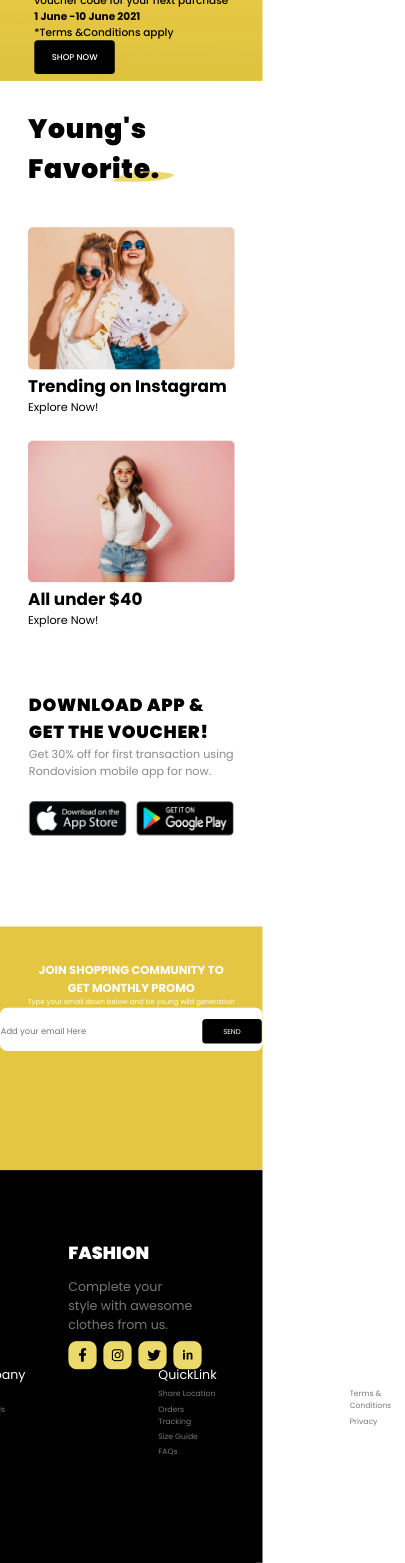
Repository: isaacCodes1/FashionWebsite
Page: index.html
The author's editor kept a copy of each file at every save. The page is drawn from the files as they stood at one save, then again after the next save.
The browser window is 375 px wide. The page is 579 px wide, so the pictures cover 579 px, including what lies to the right of the window. The pictures show the part of the page from y = 3291 to 5531 px (the page is 5524 px tall before and 5531 px after), at 70% of full size.

Above is the page before, as saved 2024-03-18 12:05:10.

### index.html
<!DOCTYPE html>
<html lang="en">
  <head>
    <meta charset="UTF-8" />
    <meta name="viewport" content="width=device-width, initial-scale=1.0" />
    <title>Shopping Site Assignment</title>
    <link rel="stylesheet" href="style.css" />
    <link rel="stylesheet" href="/Media Query.css">
  </head>
  <body>
    <header>
      <nav>
        <!--------- NavItems ------->
        <div class="image">
          <a href="#"><img src="/Assets/Vector (3).png" />FASHION</a>
        </div>
        <div class="navItems">
          <ul>
            <li><a href="#">CATALOGUE</a></li>
            <li><a href="#">FASHION</a></li>
            <li><a href="#">FAVORITE</a></li>
            <li><a href="#">LIFESTYLE</a></li>
          </ul>
          <button>SIGN UP</button>
        </div>
      </nav>
    </header>
    <main>
      <!------- FirstPage ------>
      <section class="firstPageCont">
        <div class="FirstPage">
          <div class="txtCont">
            <h1>
              <span class="spn1">LET'S <br /></span>EXPLORE <br />
              <span class="spn2">UNIQUE <br /></span>CLOTHES.
            </h1>
            <p>Live for Influential and Innovative fashion!</p>
            <div class="txtBtn">
              <img src="/Assets/Vector 9.png" alt="" />
              <button class="btns">Shop Now</button>
            </div>
          </div>
          <div class="imgCont">
            <div class="star1"><img src="/Assets/Star 11.png" alt="" /></div>
            <div class="star2"><img src="/Assets/Star 11.png" alt="" /></div>
            <div class="star3"><img src="/Assets/Star 11.png" alt="" /></div>
            <div class="star4"><img src="/Assets/Star 11.png" alt="" /></div>
            <img src="/Assets/girl.png" alt="" />
          </div>
        </div>
      </section>
      <!------ Logos ------->
      <section class="firstPageFooter">
        <div class="logoCont">
          <img src="/Assets/HM.png" alt="" />
          <img src="/Assets/Obey.png" alt="" />
          <img src="/Assets/Shopify.png" alt="" />
          <img src="/Assets/Lacoste.png" alt="" />
          <img src="/Assets/Levis.png" alt="" />
          <img src="/Assets/Amazon.png" alt="" />
        </div>
      </section>
      <section class="nextPageCont">
        <div class="nextPageText">
          <h1>NEW ARRIVALS</h1>
          <img src="/Assets/Vector 9.png" alt="" />
        </div>
        <div class="prettyImages">
          <div class="Images">
            <div class="prettyImg">
              <img src="/Assets/image1.png" alt="" />
            </div>
            <div class="prettyText">
              <div class="txtIcon">
                <h1>Hoodies & Sweatshirt</h1>
                <p>Explore Now!</p>
              </div>
              <div class="icons"></div>
            </div>
          </div>
          <div class="Images">
            <div class="prettyImg">
              <img src="/Assets/image2.png" alt="" />
            </div>
            <div class="prettyText">
              <div class="txtIcon">
                <h1>Coats & Parkas</h1>
                <p>Explore Now!</p>
              </div>
              <div class="icons"></div>
            </div>
          </div>
          <div class="Images">
            <div class="prettyImg">
              <img src="/Assets/image3.png" alt="" />
            </div>
            <div class="prettyText">
              <div class="txtIcon">
                <h1>Tees & T-Shirt</h1>
                <p>Explore Now!</p>
              </div>
              <div class="icons"></div>
            </div>
          </div>
        </div>
      </section>
      <section class="payDay">
        <div class="genDiv">
          <div class="yellowImg">
            <img src="/Assets/image 12.png" alt="" />
          </div>
          <div class="yellowTxt">
            <h1><span class="spn3">PAYDAY</span>SALE NOW</h1>
            <p>
              Spend minimal $100 get 30% off <br />voucher code for your next
              purchase
            </p>
            <p><strong>1 June -10 June 2021</strong></p>
            <p class="para">*Terms &Conditions apply</p>
            <button class="btn">SHOP NOW</button>
          </div>
        </div>
      </section>
      <!--------   Images   ------->
      <section class="nextPageCont">
        <div class="nextPageText">
          <h1>Young's Favorite.</h1>
          <img class="vector" src="/Assets/Vector 9.png" alt="" />
        </div>
        <div class="prettyImages">
          <div class="Images">
            <div class="prettyImg">
              <img src="/Assets/Girls.png" alt="" />
            </div>
            <div class="prettyText">
              <div class="txtIcon">
                <h1>Trending on Instagram</h1>
                <p>Explore Now!</p>
              </div>
              <div class="icons"></div>
            </div>
          </div>

          <div class="Images">
            <div class="prettyImg">
              <img src="/Assets/Rectangle 49.png" alt="" />
            </div>
            <div class="prettyText">
              <div class="txtIcon">
                <h1>All under $40</h1>
                <p>Explore Now!</p>
              </div>
              <div class="icons"></div>
            </div>
          </div>
        </div>
      </section>
      <!---- Apps----->
      <section class="nextPageCont2">
        <div class="nextPageText2">
          <h1>DOWNLOAD APP & <br />GET THE VOUCHER!</h1>
          <p>
            Get 30% off for first transaction using <br />Rondovision mobile app
            for now.
          </p>
          <div class="store">
            <a href="https://www.apple.com/store"
              ><img src="/Assets/Apple Store.png" alt=""
            /></a>
            <a href="https://play.google.com/store/games?hl=en&gl=US&pli=1"
              ><img src="/Assets/Google Play.png" alt=""
            /></a>
          </div>
        </div>
        <div class="Images2">
          <div class="prettyImg2">
            <img src="/Assets/Mobile app.png" alt="" />
            <div class="circle1"><img src="/Assets/circle.png" alt="" /></div>
            <div class="circley"><img src="/Assets/circle y.png" alt="" /></div>
            <div class="circleye">
              <img src="/Assets/circle y.png" alt="" />
            </div>
            <div class="circle2"><img src="/Assets/circle.png" alt="" /></div>
            <div class="bigC"><img src="/Assets/back1.png" alt="" /></div>
            <div class="largeC">
              <img src="/Assets/lagrescircle.png" alt="" />
            </div>
            <div class="largeC1">
              <img src="/Assets/lagrescircle.png" alt="" />
            </div>
          </div>
        </div>
        <div class="icons"></div>
      </section>
      <!------ Footer ------>
      <section class="footer">
        <div class="footerDiv">
          <div class="h1footer">
            <h1>
              JOIN SHOPPING COMMUNITY TO <br />
              GET MONTHLY PROMO
            </h1>
          </div>
          <div class="pFooter">
            <p>Type your email down below and be young wild generation</p>
            <div class="input">
              <input
                class="input"
                type="text"
                placeholder="Add your email Here"
              />
              <a href="https://mail.google.com/mail/u/0/#inbox">SEND</a>
            </div>
          </div>
        </div>
      </section>
      <section class="foot">
        <div class="footDiv">
          <div class="footTxt">
            <h1>FASHION</h1>
            <p>
              Complete your style with awesome <br />
              clothes from us.
            </p>
            <div class="socialIcons">
              <div class="icon">
                <a
                  href="https://www.facebook.com/profile.php?id=61551880766580"
                >
                  <img src="/Assets/Facebook.png" alt=""
                /></a>
              </div>
              <div class="icon">
                <a href="https://www.instagram.com/"
                  ><img src="/Assets/Instagram.png" alt=""
                /></a>
              </div>
              <div class="icon">
                <a href="#"><img src="/Assets/Twitter.png" alt="" /></a>
              </div>
              <div class="icon">
                <a href="#"><img src="/Assets/Linkedn.png" alt="" /></a>
              </div>
            </div>
          </div>

          <div class="socialIcons">
            <div class="links">
              <div class="links1"><a href="">Company</a></div>
              <div class="links2"><a href="">About</a></div>
              <div class="links2"><a href="">Contact Us</a></div>
              <div class="links2"><a href="">Support</a></div>
              <div class="links2"><a href="">Careers</a></div>
            </div>
            <div class="links">
              <div class="links1"><a href="">QuickLink</a></div>
              <div class="links2"><a href="">Share Location</a></div>
              <div class="links2"><a href="">Orders Tracking</a></div>
              <div class="links2"><a href="">Size Guide</a></div>
              <div class="links2"><a href="">FAQs</a></div>
            </div>
            <div class="links">
              <div class="links1"><a href="">Legal</a></div>
              <div class="links2"><a href="">Terms & Conditions</a></div>
              <div class="links2"><a href="">Privacy</a></div>
            </div>
          </div>
        </div>
      </section>
    </main>
  </body>
</html>

### style.css
@import url("https://fonts.googleapis.com/css2?family=Poppins:ital,wght@0,100;0,200;0,300;0,400;0,500;0,600;0,700;0,800;0,900;1,100;1,200;1,300;1,400;1,500;1,600;1,700;1,800;1,900&display=swap");
* {
  margin: 0;
  padding: 0;
  box-sizing: border-box;
  font-family: "Poppins", sans-serif;
}
nav {
  display: flex;
  align-items: center;
  justify-content: space-between;
  width: 100%;
  padding: 20px 40px;
}
.image a {
  display: flex;
  align-items: center;
  gap: 6px;
  text-decoration: none;
  color: #000;
  font-size: 16px;
  font-weight: 900;
}
.image a img {
  width: 16%;
}
.navItems {
  display: flex;
  gap: 30px;
  align-items: center;
}
.navItems ul {
  display: flex;
  gap: 30px;
  list-style: none;
}
.navItems ul li a {
  text-decoration: none;
  color: #000;
  font-size: 16px;
  font-weight: 500;
}
.navItems ul li:hover {
  transform: scale(1.05);
  transition: 1s ease-in-out;
}
.navItems button {
  border: 0;
  background: #000;
  padding: 10px 20px;
  color: #fff;
  border-radius: 5px;
  font-size: 13px;
}
.navItems button:hover {
  transform: scale(1.05);
  transition: 1s ease-in-out;
  color: #000;
  background: rgb(137, 136, 136);
}
/* firstPageCtn */
.firstPageCont {
  padding: 20px 40px;
}
.FirstPage {
  display: flex;
  flex: 1;
  width: 100%;
  height: 90vh;
  padding: 40px 10px 0px 10px;
  border-radius: 30px;
  background: #f4f6f5;
}
.txtCont {
  display: flex;
  flex: 0.5;
  flex-direction: column;
  gap: 10px;
  padding-left: 40px;
}

.txtCont h1 {
  font-size: 64px;
  font-weight: 900;
  width: 50%;
  line-height: 75px;
}

.txtCont p {
  font-size: 20px;
}
.txtBtn {
  display: flex;
  align-items: center;
  width: 80%;
  margin-top: 10px;
  gap: 10px;
}
.btns {
  border: 0;
  background: #000;
  padding: 10px 20px;
  color: #fff;
  border-radius: 5px;
  font-size: 19px;
}
.btns:hover {
  transform: scale(1.05);
  transition: 1s ease-in-out;
  color: #000;
  background: rgb(137, 136, 136);
}
.txtBtn img {
  width: 100px;
}
.imgCont {
  flex: 0.5;
  display: flex;
  position: relative;
}
.star1 {
  position: absolute;
  top: 5px;
  left: 10px;
}
.star1 img {
  width: 30px;
}
.star2 {
  position: absolute;
  top: 20px;
  left: 450px;
}
.star2 img {
  width: 30px;
}
.star3 {
  position: absolute;
  bottom: 10px;
  left: 70px;
}
.star3 img {
  width: 30px;
}
.star4 {
  position: absolute;
  bottom: 20px;
  left: 400px;
}
.star4 img {
  width: 30px;
}
.spn1 {
  display: flex;
  align-items: center;
  background-image: url(/Assets/rectangle1.png);
  background-size: cover;
  background-repeat: no-repeat;
  width: 100%;
  padding-left: 20px;
}
.spn2 {
  background-image: url(/Assets/Rectangle2.png);
  background-size: cover;
  background-repeat: no-repeat;
  padding-right: 50px;
  padding-left: 20px;
}
/* next Page */
.firstPageFooter {
  background: #ebd96b;
  padding: 20px 30px;
  display: flex;
  align-items: center;
  justify-content: center;
}
.logoCont {
  display: flex;
  justify-content: center;
  gap: 50px;
}
.logoCont img {
  width: 7%;
}
.nextPageCont {
  margin-top: 20px;
  padding: 20px 40px;
  display: flex;
  flex-direction: column;
  gap: 55px;
  margin-bottom: 50px;
}
.nextPageText {
  position: relative;
}
.nextPageText h1 {
  font-size: 38px;
  letter-spacing: 1px;
  font-weight: 900;
}
.nextPageText img {
  position: absolute;
  bottom: 5px;
  left: 200px;
  width: 10%;
  z-index: -1;
}
.prettyImages {
  display: flex;
  gap: 35px;
}

.prettyImg img {
  width: 100%;
}
.payDay {
  background: linear-gradient(
    1.32deg,
    #e0c340 0.13%,
    #dfc23e 3.97%,
    #e1c441 7.2%,
    #e3c743 10.13%,
    #e4c542 12.98%,
    #e6c744 15.99%,
    #e7c845 19.52%,
    #e5c643 23.96%,
    #e6c945 30.43%,
    #e3c743 36.49%,
    #e9ca48 42.49%,
    #edce49 49.35%,
    #f0d44c 55.42%,
    #f4d84f 61.43%,
    #f6da52 65.74%,
    #f7db53 72.23%,
    #f9dd55 77.43%,
    #f9df56 83.84%,
    #fae157 91.52%,
    #f9df56 97.87%
  );
}
.yellowTxt {
  flex-direction: column;
  margin-bottom: 10px;
}
.yellowTxt h1 {
  font-size: 65px;
  font-weight: 900;
}
.yellowTxt p {
  font-size: 22px;
  font-weight: 500;
}

.yellowImg img {
  flex: 0.5;
  display: flex;
  width: 600px;
  position: relative;
}

.genDiv {
  display: flex;
  align-items: center;
}
.btn {
  border: 0;
  background: #000;
  padding: 15px 25px;
  color: #fff;
  border-radius: 5px;
  font-size: 18px;
  font-weight: 500;
}
.btn:hover {
  transform: scale(1.05);
  transition: 1s ease-in-out;
  color: #000;
  background: rgb(137, 136, 136);
}
.spn3 {
  display: flex;
  background-image: url(/Assets/rectangle1.png);
  background-size: cover;
  background-repeat: no-repeat;
  width: 300px;
}
.nxtSect {
  margin-top: 20px;
  padding: 20px 40px;
  display: flex;
  flex-direction: column;
  gap: 50px;
  margin-bottom: 50px;
}
.nxtSectText {
  position: relative;
}
.nxtSectText h1 {
  font-size: 38px;
  letter-spacing: 1px;
  font-weight: 900;
}
.nxtSectText img {
  position: absolute;
  bottom: 6px;
  left: 250px;
  width: 10%;
  z-index: -1;
}
.assetText {
  display: flex;
  flex-direction: column;
}

/* storeSection */
.nextPageCont1 {
  margin-top: 20px;
  padding: 20px 40px;
  display: flex;
  flex-direction: column;
  gap: 50px;
  margin-bottom: 50px;
}
.nextPageText1 {
  position: relative;
  margin-left: 70px;
}
.nextPageText1 h1 {
  font-size: 38px;
  letter-spacing: 1px;
  font-weight: 900;
}
.prettyImages1 {
  display: flex;
  gap: 35px;
}
.prettyImg1 img {
  width: 40%;
  cursor: pointer;
}
.Images2 {
  display: flex;
}
.prettyImg2 {
  position: relative;
}
.prettyImg2 img {
  width: 70;
  height: 500px;
  margin-left: 70px;
}
.nextPageCont2 {
  margin-top: 20px;
  padding: 20px 40px;
  display: flex;
  gap: 50px;
  margin-bottom: 50px;
  display: flex;
  justify-content: space-between;
  align-items: center;
}
.nextPageText2 {
  display: flex;
  flex-direction: column;
  margin-left: 50px;
}
.nextPageText2 p {
  margin-bottom: 30px;
  color: #898a89;
}
.nextPageText2 h1 {
  font-size: 30px;
  letter-spacing: 1px;
  font-weight: 900;
}
.nextPageText2 img {
  width: 30%;
  cursor: pointer;
  display: flex;
}
.store {
  display: flex;
  justify-content: space-between;

}
.store a img{
   width: 140px;
   gap: 50px;
}
.circle1 {
  position: absolute;
  right: 350px;
  bottom: 500px;
}
.circle1 img {
  width: 15px;
  height: 15px;
  display: flex;
}
.circley {
  position: absolute;
  right: 0;
  bottom: 470px;
}
.circley img {
  width: 30px;
  height: 30px;
}
.circleye {
  position: absolute;
  right: 400px;
  bottom: 60px;
}
.circleye img {
  width: 17px;
  height: 17px;
}
.circle2 {
  position: absolute;
  right: 0;
  bottom: 100px;
}
.circle2 img {
  width: 10px;
  height: 10px;
}
.elipses {
  position: absolute;
}
.bigC {
  position: absolute;
  right: -12px;
  bottom: 100px;
  z-index: -1;
}
.bigC img {
  width: 300px;
  height: 300px;
  background: transparent;
}

.largeC {
  position: absolute;
  right: -41px;
  bottom: 70px;
  z-index: -1;
}
.largeC img {
  width: 360px;
  height: 360px;
  /* background: transparent; */
}
.largeC1 {
  position: absolute;
  right: -70px;
  bottom: 50px;
  z-index: -1;
}
.largeC1 img {
  width: 420px;
  height: 400px;
}
.footerDiv {
  background: #e5c643;
  padding-bottom: 170px;
}
.h1footer {
  color: #fff;
  text-align: center;
  padding-top: 50px;
  font-size: 30px;
  font-weight: 1000;
}
.pFooter {
  display: flex;
  flex-direction: column;
  justify-content: center;
  align-items: center;
  text-align: center;
  color: #fff;
  font-size: 30px;
}

.input {
  background: #fff;
  width: 40%;
  padding: 5px 0px;
  border-radius: 10px;
}
.input input {
  background: none;
  border: 0;
  padding: 13px 0px 13px 0px;
  width: 76%;
  font-size: 17px;
  outline: 0;
}
.input a {
  font-size: 20px;
  text-decoration: 0;
  color: #fff;
  background: #000;
  padding: 10px 30px;
  border-radius: 5px;
}
.input a:hover{
  transform: scale(1.05);
  transition: 1s ease-in-out;
  color: #000;
  background: rgb(137, 136, 136);
}

.footDiv {
  display: flex;
  background: #000;

  place-items: center;
  padding: 100px;
}

.footTxt {
  display: flex;
  flex-direction: column;
  gap: 15px;
}
.footTxt h1 {
  color: #fff;
  font-size: 30px;
  font-weight: 900;
}
.footTxt p {
  color: #777;
  font-size: 18px;
}
.socialIcons {
  display: flex;
  gap: 20px;
}

.icon {
  background: #ebd96b;
  width: 30px;
  display: flex;
  align-items: center;
  justify-content: center;
  height: 30px;
  border-radius: 8px;
}
.icon img {
  display: flex;
  align-items: center;
  width: 40px;
  place-items: center;
}
.links {
  margin-left: 150px;
  padding-right: 20px;
  margin-bottom: 50px;
}
.links1 a{
  color: #fff;
  font-size: 18px;
  text-decoration: none;
}
.links2 a{
  text-decoration: none;
  color: #777;
  font-size: 11px;
}
.links1 {
  display: flex;
  flex-direction: column;
  color: #fff;
  font-size: 18px;
  margin-top: 0px;
}
.links2 {
  color: #777;
  font-size: 11px;
  padding-top: 5px;
}

### Media Query.css
@media (max-width: 488px) {
  nav {
    flex-direction: column;
    gap: 10px;
  }
  .navItems {
    flex-direction: column;
    gap: 10px;
  }
  .navItems ul {
    gap: 15px;
  }
  .navItems ul li a {
    font-size: 13px;
  }
  .firstPageCont {
    padding: 0px;
  }
  .FirstPage {
    flex-direction: column;
    height: auto;
    padding: 0px;
  }

  .txtCont h1 {
    font-size: 50px;
    width: 100%;
  }
  .txtCont p {
    font-size: 15px;
  }
  .btns {
    font-size: 12px;
  }
  .imgCont {
    flex-direction: column;
    width: 100%;
    display: flex;
  }
  .logoCont {
    display: flex;
    justify-content: center;
    gap: 20px;
  }
  .logoCont img {
    width: 10%;
  }
  .prettyImages {
    display: flex;
    flex-direction: column;
  }
  .nextPageText img {
    position: absolute;
    bottom: 10px;
    left: 120px;
    width: 30%;
    z-index: -1;
  }
  .cardsContainer {
    display: flex;
    flex-direction: column;
    gap: 20px;
  }
  .genDiv {
    display: flex;
    flex-direction: column;
  }
  .yellowImg img {
    width: 100%;
  }
  .yellowTxt h1 {
    font-size: 40px;
  }
  .spn3 {
    width: 200px;
  }
  .yellowTxt p {
    font-size: 15px;
  }
  .btn {
    font-size: 12px;
  }
  .nextPageCont2 {
    display: flex;
    flex-direction: column;
    margin-bottom: 10px;
  }
  .nextPageText2 {
    margin-left: 0;
  }
  .nextPageText2 h1 {
    font-size: 25px;
  }
  .prettyImg2 {
    display: none;
  }
  .footerDiv {
    margin-left: 0;
  }
  .h1footer {
    font-size: 11px;
    text-align: 20px;
  }
  .pFooter {
    font-size: 10px;
  }
  .input {
    width: 100%;
  }
  .input::placeholder {
    font-size: 12px;
  }
  .input a {
    font-size: 10px;
  }
  .footDiv {
    display: flex;
    flex-direction: column;
  }
  .icon a {
    width: 100%;
  }
  .footTxt h1 {
    font-size: 25px;
  }
}

After the next save:
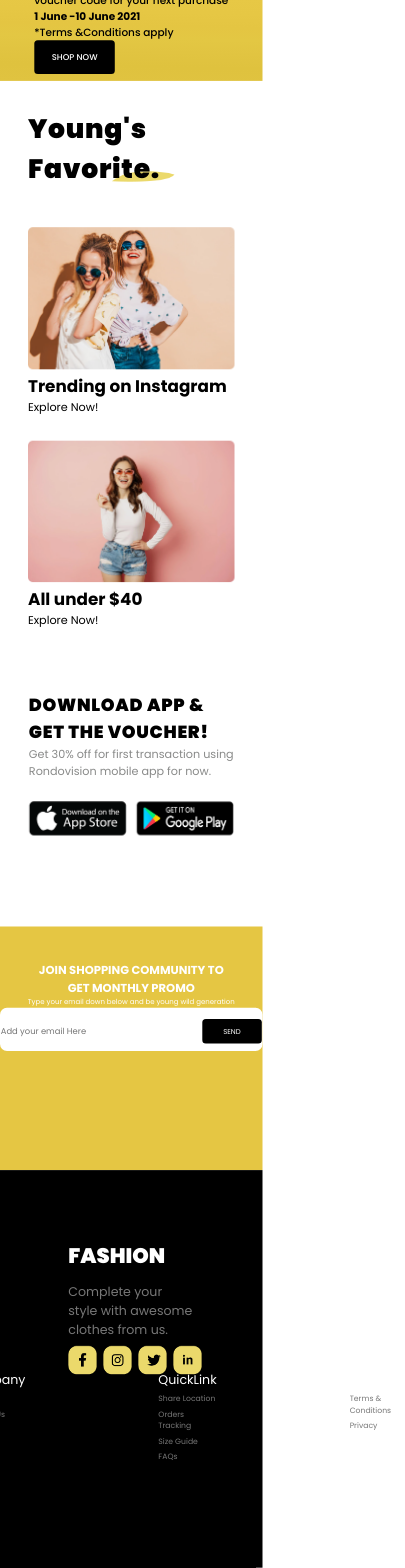
Saved 17 s later.
--- a/Media Query.css
+++ b/Media Query.css
@@ -120,7 +120,7 @@
   .icon a {
     width: 100%;
   }
-  .footTxt h1 {
+  . h1 {
     font-size: 25px;
   }
 }
